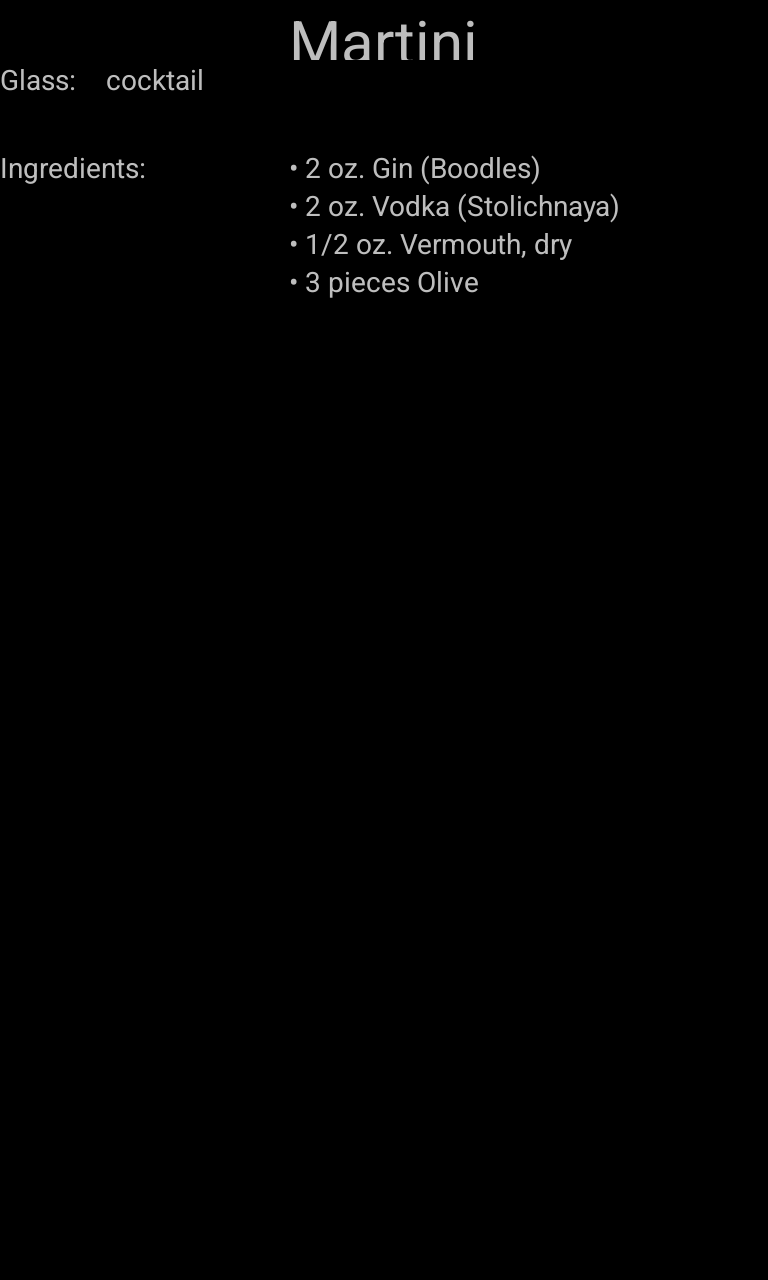
Repository: caltangelo/Drinkables
Layout: CocktailView/res/layout/main.xml
An editor plug-in stored every save of this project. The layout is shown before and after the next save, followed by the edit.
It is drawn on a 768 x 1280 px phone screen (xhdpi) without system bars, with theme android:Theme; the app's code is not run.

Above is the layout before, as saved 2011-09-22 20:36:48.

After the next save:
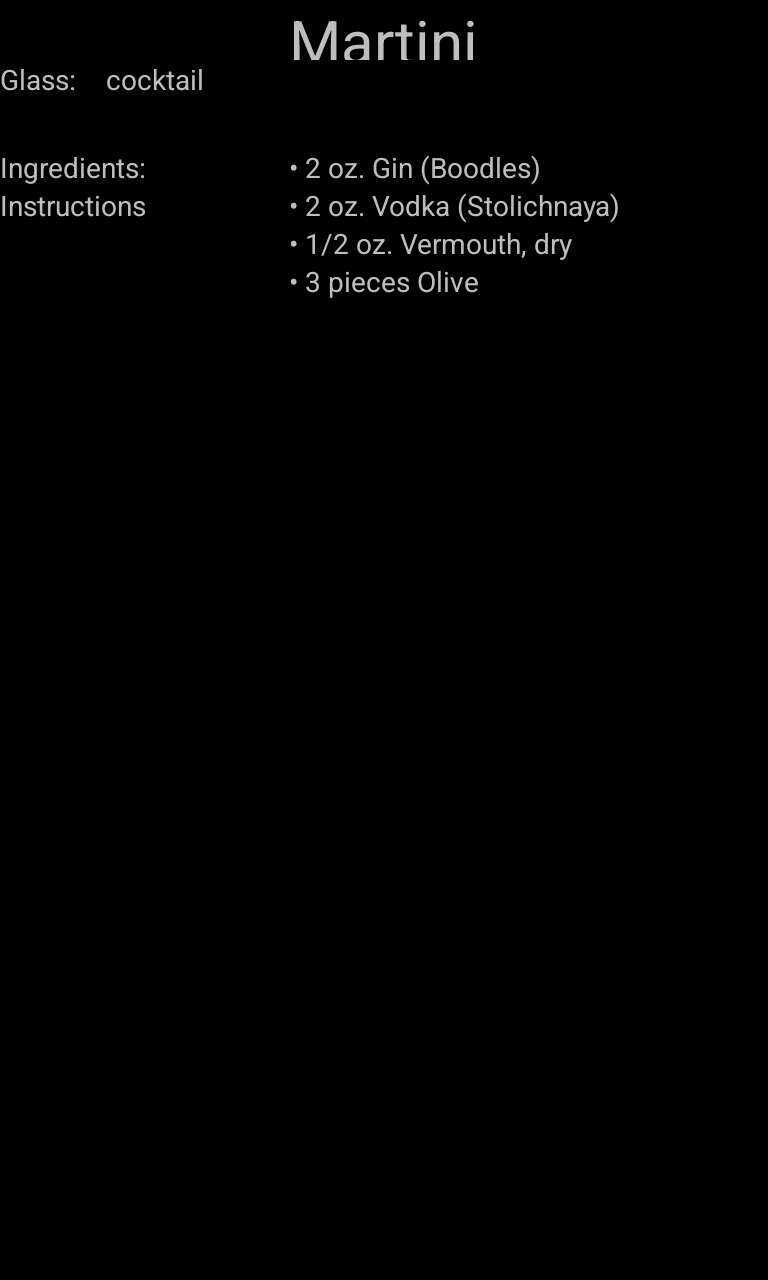
Saved 20 s later.
--- a/CocktailView/res/layout/main.xml
+++ b/CocktailView/res/layout/main.xml
@@ -35,6 +35,6 @@
 	</TableLayout>
 
 	<TextView android:id="@+id/instruction_label" android:layout_height="wrap_content" android:layout_width="wrap_content"
-		android:layout_below="@id/ingredient_label" android:layout_alignParentLeft="true"/>
+		android:layout_below="@id/ingredient_label" android:layout_alignParentLeft="true" android:text="Instructions"/>
 
 </RelativeLayout>
